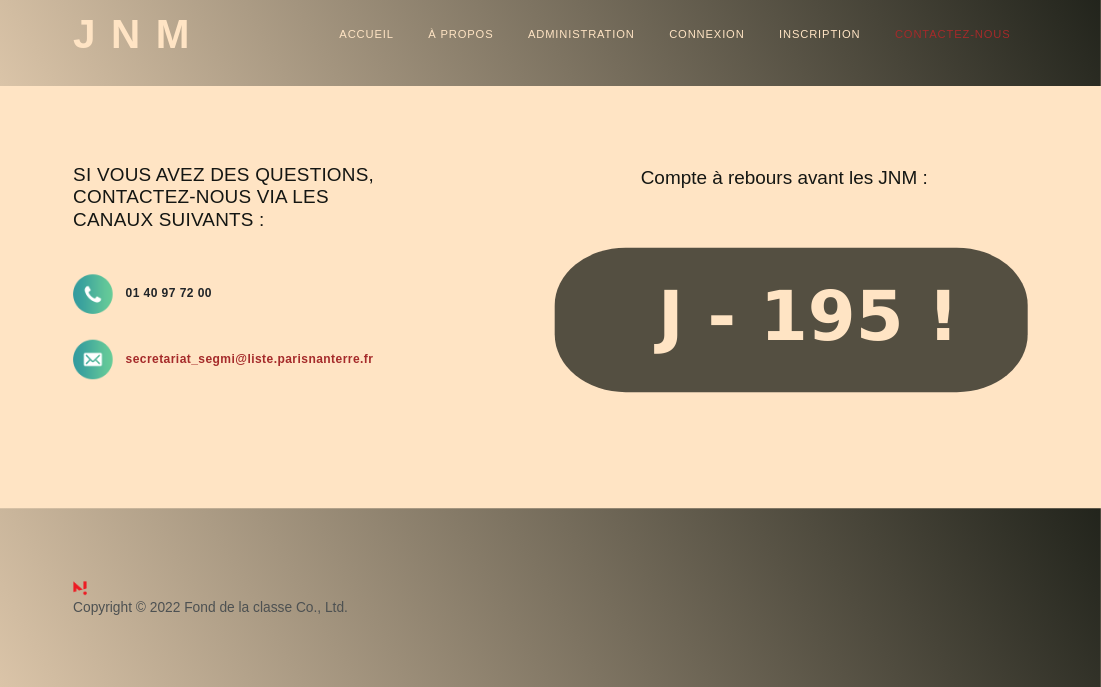
Repository: RiadNadri/ProjetWeb2022
Page: templates/Admin/admin.html.twig
These files come from the project's save history. The page is drawn as it stood at one moment and after the next save; the edit follows.
The browser window is 1280 px wide. The pictures show the whole page, at 86% of full size.
Some web fonts or font styles are not loaded; a fallback is used. The page is a Twig template of a Symfony application; nobody is signed in and links lead nowhere. The template is opened directly, without the code that normally fills it, so the values that code supplies are empty.

Above is the page before, as saved 2022-12-24 16:39:43.

After the next save:
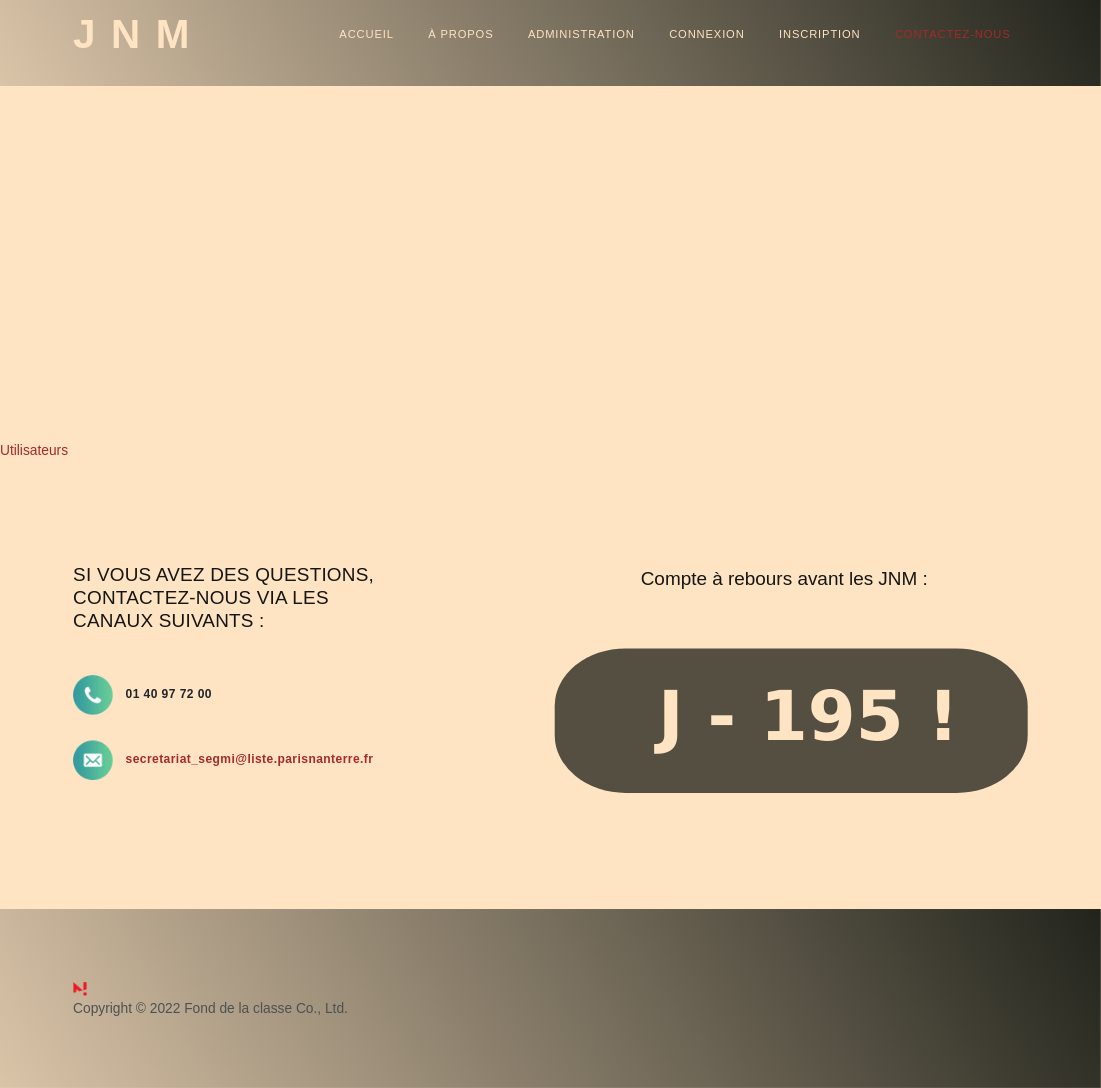
Saved 17 s later.
--- a/templates/Admin/admin.html.twig
+++ b/templates/Admin/admin.html.twig
@@ -10,7 +10,7 @@
     }
 </style>
 
-<div class="btn btn-primary my-3 buttonUser" >
+<div class="buttonUser" >
     <a href="{{path('app_user')}}">Utilisateurs</a>
 </div>
 
